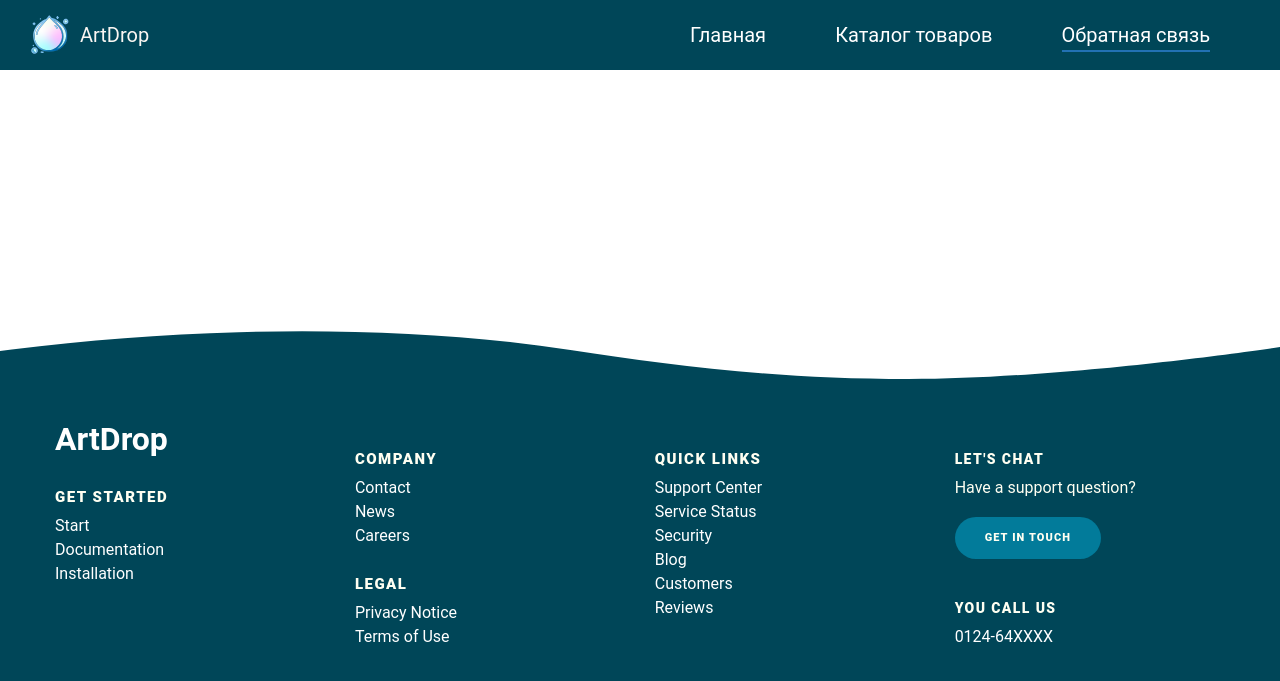
Repository: mnats725/art-drop
Page: contact-us.html
An editor plug-in stored every save of this project. The page is shown before and after a run of saves, followed by the edit.
The browser window is 1280 px wide. The pictures show the whole page.

Above is the page before, as saved 2024-05-21 13:36:39.
Console error: TypeError: Cannot read properties of null (reading 'querySelectorAll')

After the next 3 saves:
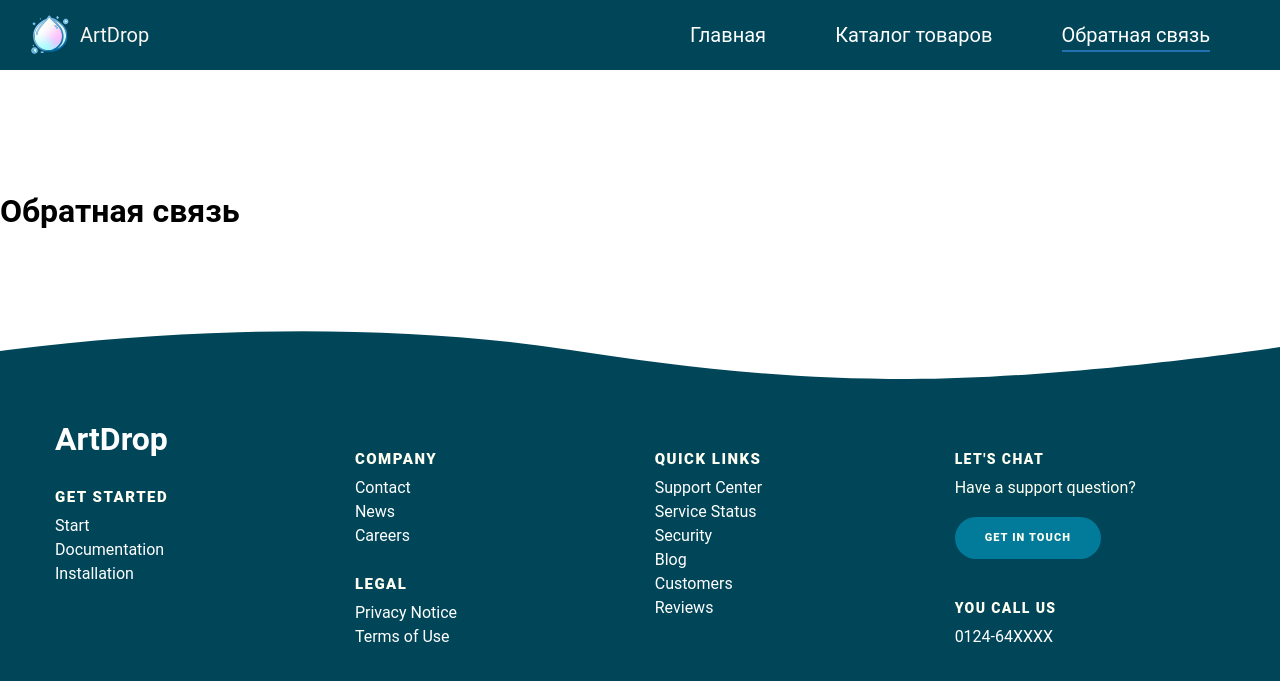
The 3 saves are shown as one change because they came seconds apart.
The last was saved 9 s later.
--- a/contact-us.html
+++ b/contact-us.html
@@ -36,7 +36,9 @@
         </header>
     </div>
 
-<div class="contact-us-content"></div>
+<div class="contact-us-content">
+    <h1>Обратная связь</h1>
+</div>
 
     <div class="pg-footer">
         <footer class="footer">

After the save that followed:
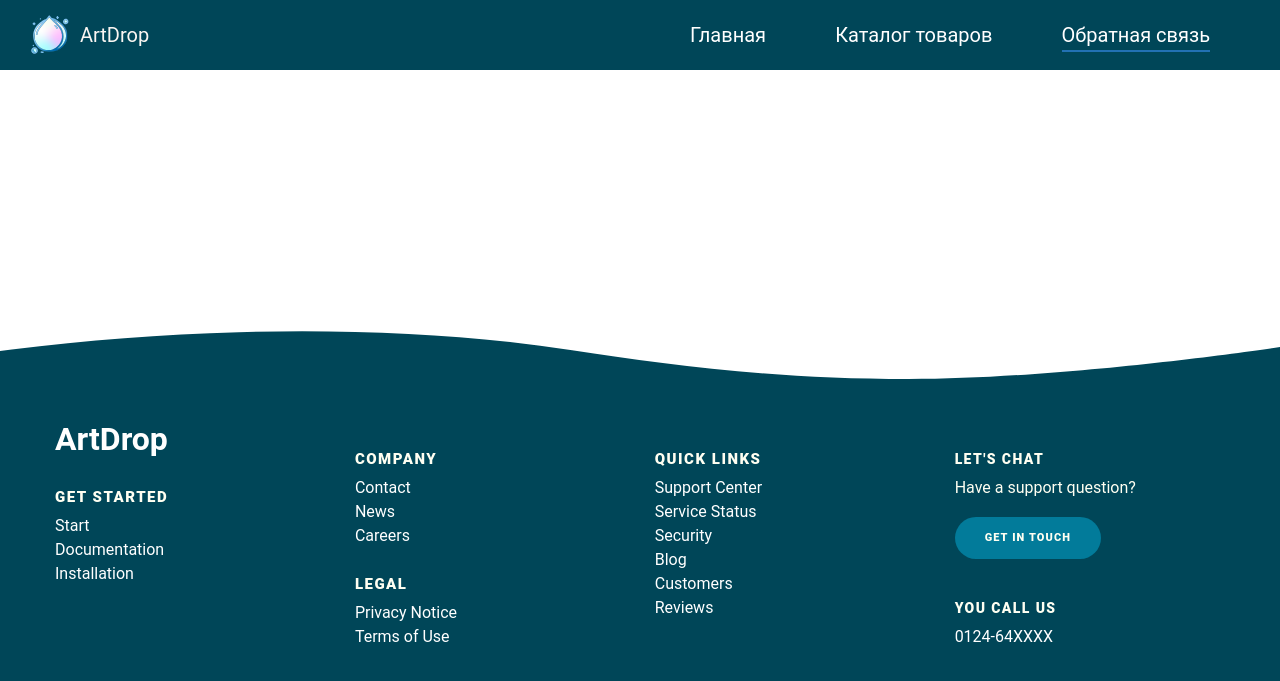
Saved 5 s later.
--- a/contact-us.html
+++ b/contact-us.html
@@ -37,7 +37,7 @@
     </div>
 
 <div class="contact-us-content">
-    <h1>Обратная связь</h1>
+
 </div>
 
     <div class="pg-footer">
